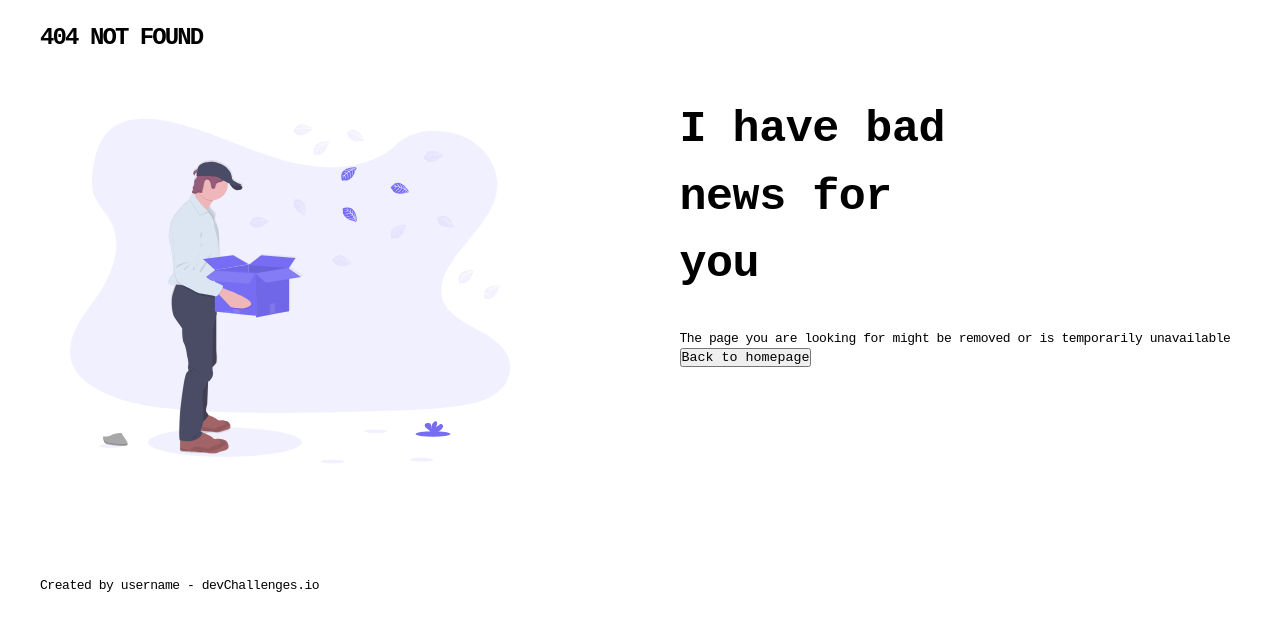
Repository: georgisenze/404-not-found-challeng
Page: index.html
The author's editor kept a copy of each file at every save. The page is drawn from the files as they stood at one save, then again after the next save.
The browser window is 1280 px wide. The pictures show the whole page.

Above is the page before, as saved 2023-02-21 07:08:45.

### index.html
<!DOCTYPE html>
<html lang="en">
<head>
    <meta charset="UTF-8">
    <meta http-equiv="X-UA-Compatible" content="IE=edge">
    <meta name="viewport" content="width=device-width, initial-scale=1.0">
    <title>404 page not found</title>
    <link rel="stylesheet" href="assets/css/style.css">
    <link
      href="https://fonts.googleapis.com/css2?family=Poppins:wght@400;500&display=swap"
      rel="stylesheet"
    />
</head>
<body>
    <div class="main">
        <header>
            <p>404 not found</p>
        </header>

        <div class="container">
            <div class="row">
                <div class="left">
                    <img src="assets/img/404-illustration.svg" alt="">
                </div>
                <div class="rigth">
                    <div class="col-2">
                        <h1>I have bad news for  you</h1>
                    </div>
                    <div class="col-2">
                        <p>The page you are looking for might be removed or is temporarily unavailable</p>
                    </div>
                    <div class="col-2">
                        <button>Back to homepage</button>
                    </div>
                </div>
            </div>
        </div>


        <footer>
            <p>Created by <span>username</span> - devChallenges.io </p>
        </footer>
    </div>
</body>
</html>

### assets/css/style.css
*{
    margin: 0;
    padding: 0;
    font-family: monospace;
}

.main {
    grid-template-rows: auto 1fr auto;
    max-width: 1200px;
    min-height: 100vh;
    margin: 0 auto;
    padding-inline: 24px;
    line-height: 1.5;
    letter-spacing: -0.035em;
}

header p {
    text-transform: uppercase;
    font-weight: 700;
    font-size: 24px;
    padding: 20px 0;
    letter-spacing: -0.08em;
}

.container{
    display: flex;
    justify-content: center;
}

.row{
    display: flex;
    justify-content: space-around;
    height: 500px;
}

.left {
    margin-right: 150px;
}

.left img{
    width: 440px;
    height: 350px;
    float: left;
    padding: 40px 20px;
}

.rigth{
    display: flex;
    flex-direction: column;
    flex-wrap: wrap;
    align-content: space-between;

}

.col-2 h1{
    width: 300px;
    padding-top: 20px;
    font-weight: 700;
    font-size: 45px;
    margin-bottom: 30px;
}

After the next save:
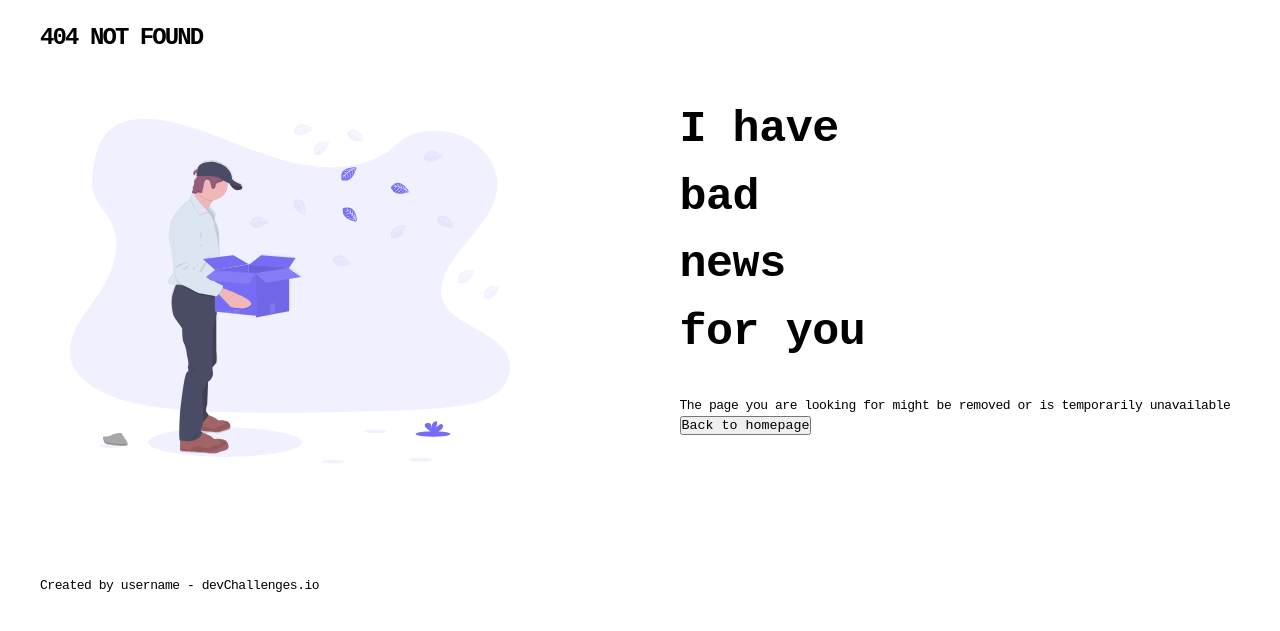
Saved 9 s later.
--- a/assets/css/style.css
+++ b/assets/css/style.css
@@ -53,7 +53,7 @@ header p {
 }
 
 .col-2 h1{
-    width: 300px;
+    width: 200px;
     padding-top: 20px;
     font-weight: 700;
     font-size: 45px;
